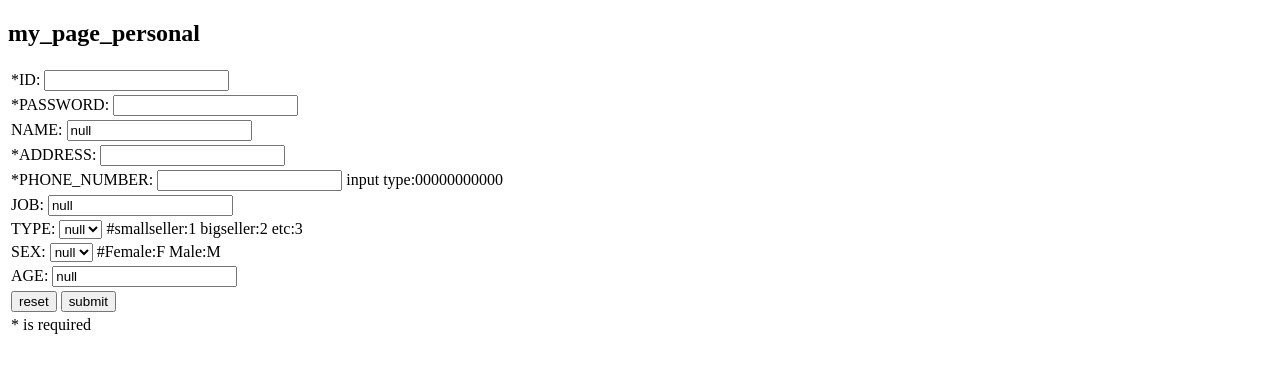
Repository: MIR013/KNU_DB_Project_Team5
Page: dbphase/Databaase/WebContent/my_page_personal.html
An editor plug-in stored every save of this project. The page is shown before and after the next save, followed by the edit.
The browser window is 1280 px wide. The pictures show the whole page.

Above is the page before, as saved 2018-11-15 10:22:37.

### dbphase/Databaase/WebContent/my_page_personal.html
<!DOCTYPE html>
<html>
<head>
<meta charset="UTF-8">
<title>Insert title here</title>
</head>
<body>
<h2>my_page_personal</h2>

	<form action="my_page_personal.jsp" method="POST">
	<table>
			<tr>
				<td>*ID: <input type="text" name="signUpID" required/></td>
			</tr>
			<tr>
				<td>*PASSWORD: <input type="text" name="signUpPASSWORD" required/></td>
			</tr>
			<tr>
				<td>NAME: <input type="text" name="signUpNAME" value="null"/></td>
			</tr>
			<tr>
				<td>*ADDRESS: <input type="text" name="signUpADDRESS" required/></td>
			</tr>
			<tr>
				<td>*PHONE_NUMBER: <input type="text" name="signUpPHONE_NUMBER" required/> input type:00000000000 </td>
			</tr>
			<tr>
				<td>JOB: <input type="text" name="signUpJOB" value="null"/></td>
			</tr>
			<tr>
				<td>TYPE: <select name="signUpTYPE"> <option value="1">1</option>
													<option value="2">2</option>
													<option value="3">3</option>
													<option value="null" selected>null</option>
													</select> #smallseller:1 bigseller:2 etc:3 </td>
			</tr>
			<tr>
				<td>SEX: <select name="signUpSEX"> <option value="f">F</option>
													<option value="m">M</option>
													<option value="null" selected>null</option>
													</select> #Female:F Male:M </td></td>
			</tr>
			<tr>
				<td>AGE: <input type="text" name="signUpAGE" value="null"/></td>
			</tr>
			<tr>
				<td><input type="reset" value="reset"/> <input type="submit" value="submit"/> </td>
			</tr>
			<tr>
				<td> * is required </td>
			</tr>




		</table>
	</form>

</body>
</html>

After the next save:
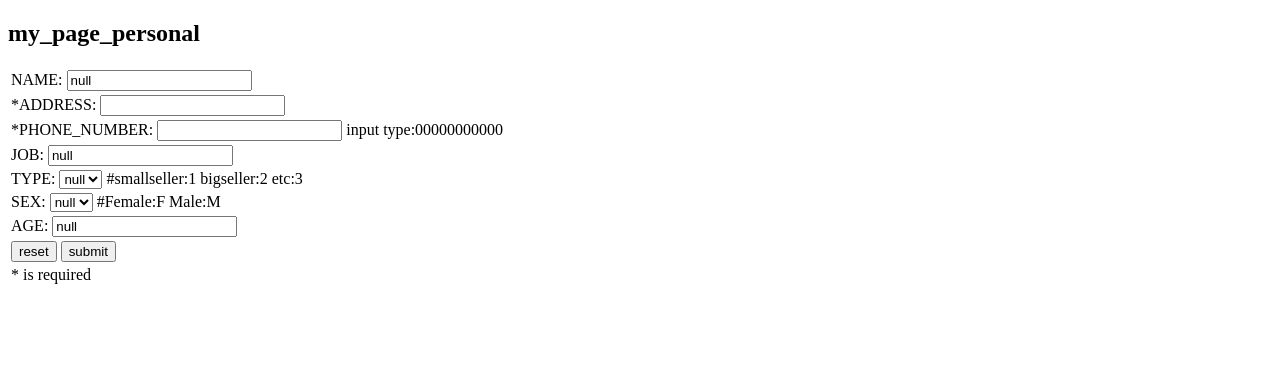
Saved 33 s later.
--- a/dbphase/Databaase/WebContent/my_page_personal.html
+++ b/dbphase/Databaase/WebContent/my_page_personal.html
@@ -9,12 +9,6 @@
 
 	<form action="my_page_personal.jsp" method="POST">
 	<table>
-			<tr>
-				<td>*ID: <input type="text" name="signUpID" required/></td>
-			</tr>
-			<tr>
-				<td>*PASSWORD: <input type="text" name="signUpPASSWORD" required/></td>
-			</tr>
 			<tr>
 				<td>NAME: <input type="text" name="signUpNAME" value="null"/></td>
 			</tr>
